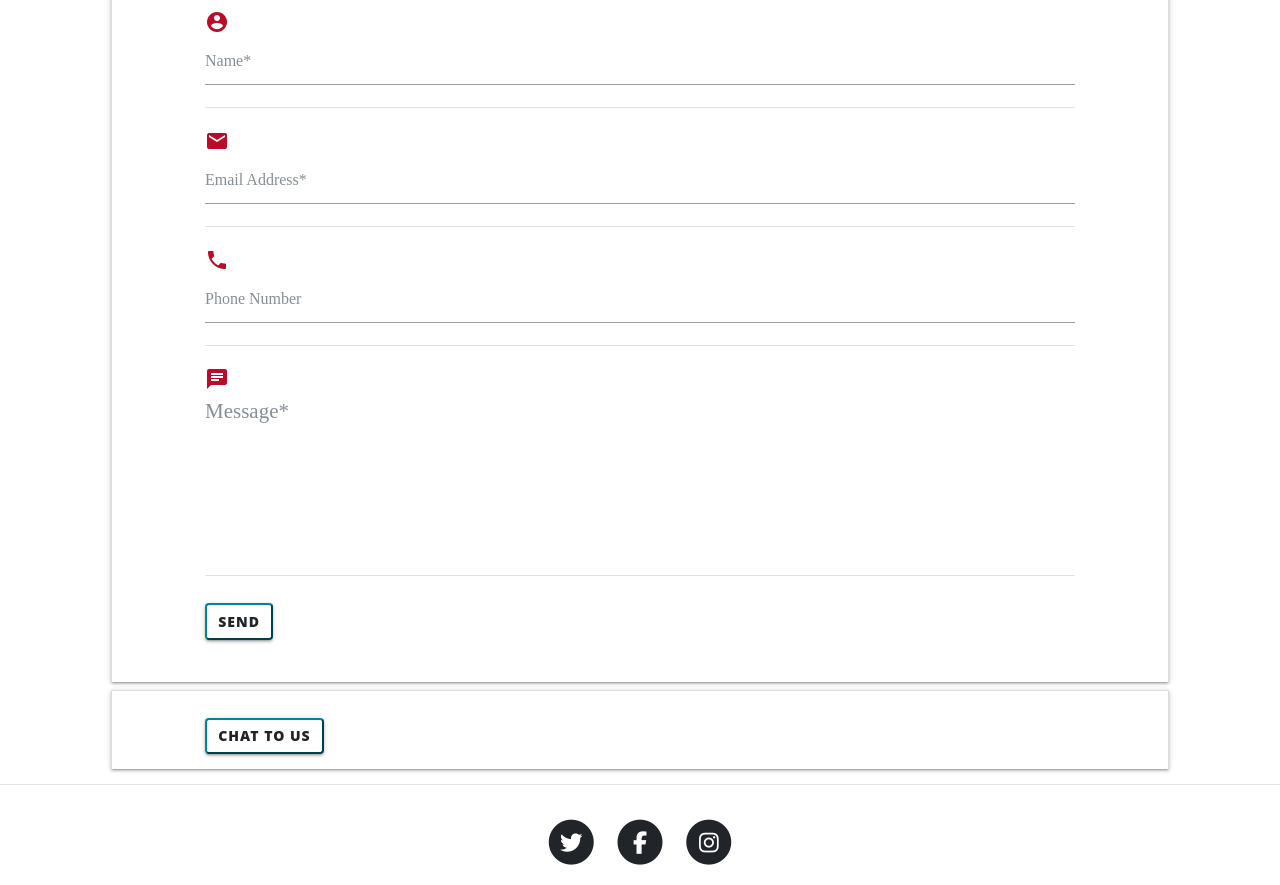
Repository: Code-Institute-Submissions/simas-recipes
Page: http://localhost/contact
The author's editor kept a record of every edit. The page is drawn from the files as they stood at one moment, then again after the next edit.
The browser window is 1280 px wide. The pictures show the part of the page from y = 810 to 1762 px (the page is 1695 px tall before and 1762 px after).
Some web fonts or font styles are not loaded; a fallback is used. Some web libraries are served in a nearby version. The page is served by the project's application, run on Flask 3 (run.py).

Above is the page before.

### templates/contact.html
{% extends 'base.html' %}
{% block content %}
    <h2 class="contact-thumb">{{ page_title }}</h2>

    <ul class="collapsible">
    <div class="row">
        <div class="col-lg-10 col-md-12 col-sm-12 mx-auto">
            <!--{% with messages = get_flashed_messages() %}
            {% if messages %}
            <ul class="flashes">
                {% for message in messages %}
                <li>{{ message }}</li>
                {% endfor %}
            </ul>
            {% endif %}
            {% endwith %}-->
            <p class="contact-form">Like to get in touch with us? Please, fill out the form below to send us a message and we will get back to you as soon as possible!</p>
            <p>* - Fields are required</p>

            <form method="POST" id="contactForm">
                <div class="control-group">
                    <div class="form-group floating-label-form-group controls">
                        <label>Name</label>
                        <i class="material-icons prefix contact-thumb">account_circle</i>
                        <input type="text" class="form-control" placeholder="Name*" name="name" id="name" required data-validation-required-message="Please enter your name.">
                        <p class="help-block text-danger"></p>
                    </div>
                </div>
                <div class="control-group">
                    <div class="form-group floating-label-form-group controls">
                        <label>Email Address</label>
                        <i class="material-icons prefix contact-thumb">email</i>
                        <input type="email" class="form-control" placeholder="Email Address*" name="email" id="email" required data-validation-required-message="Please enter your email address.">
                        <p class="help-block text-danger"></p>
                    </div>
                </div>
                <div class="control-group">
                    <div class="form-group col-xs-12 floating-label-form-group controls">
                        <label>Phone Number</label>
                        <i class="material-icons prefix contact-thumb">local_phone</i>
                        <input type="tel" class="form-control" placeholder="Phone Number" name="phone" id="phone" data-validation-required-message="Please enter your phone number.">
                        <p class="help-block text-danger"></p>
                    </div>
                </div>
                <div class="control-group">
                    <div class="form-group floating-label-form-group controls">
                        <label>Message</label>
                        <i class="material-icons prefix contact-thumb">chat</i>
                        <textarea rows="5" class="form-control" placeholder="Message*" name="message" id="message" required data-validation-required-message="Please enter a message."></textarea>
                        <p class="help-block text-danger"></p>
                    </div>
                </div>
                <br>
                <div id="success"></div>
                <div class="form-group">
                    <button type="submit" class="btn waves-effect waves-light" id="sendMessageButton">Send</button>
                </div>
            </form>
            <br>
        </div>
    </div>
    </ul>

    <ul class="collapsible">



        <div class="row">
        <div class="col-lg-10 col-md-12 col-sm-12 mx-auto">
            <br>
            <div class="form-group">
                <button type="submit" class="btn waves-effect waves-light" id="chatMessageButton">
                    <a href="{{ url_for('chat') }}">Chat to us</a>
                </button>
            </div>
        </div>
    </div>
    </ul>

{% endblock %}

### templates/base.html
<!DOCTYPE html>
<html lang="en">
<head>
    <meta charset="UTF-8">
    <meta name="viewport" content="width=device-width, initial-scale=1.0">
    <meta http-equiv="X-UA-Compatible" content="ie=edge">
    <link href="https://fonts.googleapis.com/css?family=Cedarville+Cursive|Cuprum:400,400i,700,700i|Josefin+Sans:400,600,700|Laila|Libre+Baskerville:400,400i,700|Overlock+SC|Roboto:400,500i,700,700i,900,900i|Tangerine&display=swap" rel="stylesheet">
    <link rel="stylesheet" href="{{ url_for('static', filename='css/bootstrap.css') }}" type="text/css" />
    <link rel="stylesheet" href="{{ url_for('static', filename='css/style.css') }}" type="text/css" />
    <link rel="stylesheet" href="{{ url_for('static', filename='css/fontawesome.css') }}" type="text/css" />
    <link href="https://fonts.googleapis.com/icon?family=Material+Icons" rel="stylesheet">
    <link rel="stylesheet" href="{{ url_for('static', filename='css/materialize.css') }}" type="text/css" />
    <title>Sima's Recipes</title>
</head>
<body>
    <!-- Navigation -->
    <nav class="navbar navbar-expand-lg navbar-light fixed-top" id="mainNav">
        <div class="container">
            <a class="navbar-brand" href="{{ url_for('index') }}">Sima's Recipes</a>
            <button class="navbar-toggler navbar-toggler-right" type="button" data-toggle="collapse" data-target="#navbarResponsive" aria-controls="navbarResponsive" aria-expanded="false" aria-label="Toggle navigation">
            Menu
                <i class="fas fa-bars"></i>
            </button>
            <div class="collapse navbar-collapse" id="navbarResponsive">
                <ul class="navbar-nav ml-auto">
                    <li class="nav-item">
                        <a class="nav-link" href="{{ url_for('index') }}">Home</a>
                    </li>
                    <li class="nav-item">
                        <a class="nav-link" href="{{ url_for('recipes') }}">Recipes</a>
                    </li>
                    <li class="nav-item">
                        <a class="nav-link" href="{{ url_for('contact') }}">Contact Us</a>
                    </li>
                    <li class="nav-item">
                        <a class="nav-link" href="{{ url_for('chat') }}">Chat</a>
                    </li>
                    <li class="nav-item">
                        <a class="nav-link" href="{{ url_for('admin') }}">Admin</a>
                    </li>
                    <li class="nav-item">
                        <a class="nav-link" href="{{ url_for('search_recipe') }}">Search</a>
                    </li>
                    <li class="nav-item">
                        <a class="nav-link" href="{{ url_for('loginuser') }}">Login</a>
                    </li>
                </ul>
            </div>
        </div>
    </nav>

    <!-- Page Header -->
    <header class="masthead" style="background-image: url('{{ url_for('static', filename= 'img/Basically-Gojuchang-Chicken-Recipe-Wide.jpg') }}')">
        <div class="overlay"></div>
        <div class="container">
            <div class="row">
                <div class="col-lg-8 col-md-10 mx-auto">
                    <div class="site-heading">
                        <h1>Sima's Recipes</h1>
                        <span class="subheading">Finger leaking yummy recipes</span>
                    </div>
                </div>
            </div>
        </div>
    </header>

    <!-- Main Content -->
    <div class="container">
        {% block content %}
        {% endblock %}
    </div>
    <hr>

    <!-- Footer -->
    <footer>
        <div class="container">
            <div class="row">
                <div class="col-lg-8 col-md-10 mx-auto">
                    <ul class="list-inline text-center">
                        <li class="list-inline-item">
                            <a href="#">
                                <span class="fa-stack fa-lg">
                                    <i class="fas fa-circle fa-stack-2x"></i>
                                    <i class="fab fa-twitter fa-stack-1x fa-inverse"></i>
                                </span>
                            </a>
                        </li>
                        <li class="list-inline-item">
                            <a href="#">
                                <span class="fa-stack fa-lg">
                                    <i class="fas fa-circle fa-stack-2x"></i>
                                    <i class="fab fa-facebook-f fa-stack-1x fa-inverse"></i>
                                </span>
                            </a>
                        </li>
                        <li class="list-inline-item">
                            <a href="#">
                                <span class="fa-stack fa-lg">
                                    <i class="fas fa-circle fa-stack-2x"></i>
                                    <i class="fab fa-instagram fa-stack-1x fa-inverse"></i>
                                </span>
                            </a>
                        </li>
                    </ul>
                </div>
            </div>
        </div>
    </footer>

    <!-- Bootstrap core JavaScript -->
    <script src="{{ url_for('static', filename='js/jquery.js') }}"></script>
    <script src="{{ url_for('static', filename='js/bootstrap.bundle.js') }}"></script>

    <!-- Custom scripts for this template -->
    <script src="{{ url_for('static', filename='js/clean-blog.js') }}"></script>
    <script src="https://kit.fontawesome.com/011e87d520.js" crossorigin="anonymous"></script>
    <script src="{{ url_for('static', filename='js/materialize.js') }}"></script>
    <script type="text/javascript">
        $(document).ready(function() {
            $('.collapsible').collapsible();
            $('select').formSelect();
            $('.datepicker').datepicker();
            $('.timepicker').timepicker();
        });
    </script>
</body>
</html>

### run.py
import os
import json
import pymysql
import pymongo
from datetime import datetime
from flask import Flask, render_template, request, flash, redirect, request, session, url_for, abort
from flask_pymongo import PyMongo
from pymongo import MongoClient
from bson.objectid import ObjectId
import json
from bson import json_util
from bson.json_util import dumps
import re

app = Flask(__name__)
app.secret_key = os.getenv("SECRET", "recipechat")

app.config["MONGO_DBNAME"] = "SimaRecipes"
app.config["MONGO_URI"] = os.getenv("MONGO_URI", "mongodb://localhost")

recipe = PyMongo(app)

def mongo_connect(url):
    try:
        conn = pymongo.MongoClient(url)
        #print("Mongo is Connected!")
        return conn
    except pymongo.errors.ConnectionFailure as e:
        print("Could not connect to MongoDB: %s") % e

messages = []

def add_messages(username, message):
    """Add messages to the messages list"""
    now = datetime.now().strftime("%H:%M:%S")
    #messages_dict = {"timestamp": now, "from": username, "message": message}
    messages.append({"timestamp": now, "from": username, "message": message})


@app.route("/")
def index():
    return render_template("index.html",
    recipe_chicken = recipe.db.recipes.find(),
    recipe_veg = recipe.db.recipes.find(),
    recipe_lamb = recipe.db.recipes.find(),
    recipe_seafood = recipe.db.recipes.find(),
    recipe_beef = recipe.db.recipes.find(),
    recipe_healthy = recipe.db.recipes.find(),
    recipe_25 = recipe.db.recipes.find(),
    recipe_35 = recipe.db.recipes.find())


@app.route("/SimaRecipes/recipes")
def simasrecipe_project():
    projects = recipe.find(projection = recipe.FIELDS)
    json_projects = []
    for project in projects:
        json_projects.append(project)
    json_projects = json.dumps(json_projects, default=json_util.default)

    return render_template("index.html", json_projects=json_projects)



@app.route("/recipes")
def recipes():
    return render_template("recipes.html", page_title="Recipes", recipes = recipe.db.recipes.find())

query = {'recipe_name':{'$regex': 'veg', '$options':'i'}}
recipe.db.recipes.ensure_index([
      ('recipe_name', 'text'),
      ('recipe_type', 'text'),
  ],
  name="search_index",
  weights={
      'recipe_name':100,
      'recipe_type':25
  }
)

#recipe.db.recipes.aggregate([
#    {
#        $searchBeta: {
#            "search": {
#                "query": "several",
#                "path": ["recipe_name", "recipe_type"]
#            }
#        }
#    }
#])

# Requires the PyMongo package.
# https://api.mongodb.com/python/current

#client = MongoClient('recipes')
#result = client['SimaRecipes']['recipes'].aggregate([
#    {
#        '$project': {
#           'recipe_name': 1,
#            '_id': 0,
#            'recipe_type': 1
#        }
#    }
#])

'''@app.route('/search')
def search():
    query = request.form['q']
    text_results = db.command('text', 'posts', search=query, limit=SEARCH_LIMIT)
    doc_matches = (res['obj'] for res in text_results['results'])
    return render_template("search.html", results=results)'''


@app.route("/search_recipe", methods = ["GET", "POST"])
def search_recipe():

    if request.method == "POST":
        search_name = request.form["search_name"]
        return redirect(url_for('find_recipe', search_name= search_name))

    return render_template("searchrecipe.html", page_title="Recipes",
    recipes_veg = recipe.db.recipes.find(),
    recipes_chick = recipe.db.recipes.find(),
    recipes_lamb = recipe.db.recipes.find(),
    recipes_seafood = recipe.db.recipes.find(),
    recipes_beef = recipe.db.recipes.find(),
    recipes_healthy = recipe.db.recipes.find())

@app.route("/search_recipe/<search_name>", methods = ["POST", "GET"])
def find_recipe(search_name):
    if request.method == 'POST':
        query = request.form['search_name']
        #text_results = recipe.db.recipes.command('text', 'posts', search=query)
        #doc_matches = (res['obj'] for res in text_results['results'])
        #return render_template("searchrecipe.html", recipes=text_results)
        return redirect(url_for("find_recipe", all_recipe = recipe.db.recipes.find(query)))
        #return render_template("searchrecipe.html",
        #page_title="Recipes",
        #recipes = all_recipe)

@app.route("/contact", methods=['POST', 'GET'])
def contact():
    if request.method == 'POST':
        flash("Thanks {}, we have received your message!".format(
            request.form["name"]
        ))
        #print(request.form["name"])
    return render_template("contact.html", page_title="Contact")

@app.route("/chat", methods = ["GET", "POST"])
def chat():
    if request.method == "POST":
        session["username"] = request.form["chatname"]

    if "username" in session:
        #return redirect (session["username"])
        return redirect (url_for("user", username = session["username"]))

    return render_template("chat.html")

@app.route("/chat/<username>", methods=["GET", "POST"])
def user(username):
    """Display chat Messages"""

    if request.method == "POST":
        username = session["username"]
        message = request.form["chatmessage"]
        add_messages(username, message)
        #return redirect(session["username"])
        return redirect (url_for("user", username = session["username"]))

    return render_template("chat.html", username = username, chat_messages = messages)

@app.route('/loginuser')
def loginuser():
    '''return render_template("login.html")'''
    if not session.get('logged_in'):
        return render_template('login.html')
    else:
        return redirect(url_for('admin'))

@app.route('/login', methods=['POST'])
def login():
    if request.form['password'] == 'password' and request.form['username'] == 'admin':
        session['logged_in'] = True
        return redirect(url_for('admin'))
    else:
        flash("Username or Password Mismatch!")
        return redirect(url_for('loginuser'))

@app.route("/logout")
def logout():
    session['logged_in'] = False
    return redirect(url_for('loginuser'))

@app.route("/admin")
def admin():
    return render_template("admin.html", page_title ="Admin",
    categories = recipe.db.categories.find(),
    recipes = recipe.db.recipes.find(),
    category = recipe.db.categories.find(),
    images = recipe.db.images.find().sort('recipe_image'))

@app.route("/insert_recipe", methods=["POST"])
def insert_recipe():
    addrecipes = recipe.db.recipes
    addrecipes.insert_one(request.form.to_dict())
    return redirect(url_for("recipes"))

@app.route("/insert_category", methods=["POST"])
def insert_category():
    addcategory = recipe.db.categories
    addcategory.insert_one(request.form.to_dict())
    return redirect(url_for("admin"))

@app.route("/edit_recipe/<task_id>")
def edit_recipe(task_id):
    the_recipe = recipe.db.recipes.find_one({"_id": ObjectId(task_id)})
    all_categories = recipe.db.categories.find()
    all_images = recipe.db.images.find()
    return render_template("editrecipe.html", page_title="Edit Recipe", recipe = the_recipe, categories = all_categories, images = all_images)

@app.route("/edit_category/<cat_id>")
def edit_category(cat_id):
    '''the_recipe = recipe.db.categories.find_one({"_id": ObjectId(cat_id)})
    all_categories = recipe.db.categories.find()'''
    return render_template("editcategory.html", page_title="Edit Category", category = recipe.db.categories.find_one({'_id': ObjectId(cat_id)}))

@app.route("/update_recipe/<task_id>", methods=["POST"])
def update_recipe(task_id):
    updaterecipe = recipe.db.recipes
    updaterecipe.update({'_id': ObjectId(task_id)},
    {
        'recipe_name': request.form.get('recipe_name'),
        'recipe_type': request.form.get('recipe_type'),
        'recipe_image': request.form.get('recipe_image'),
        'ingredient_1': request.form.get('ingredient_1'),
        'ingredient_2': request.form.get('ingredient_2'),
        'ingredient_3': request.form.get('ingredient_3'),
        'ingredient_4': request.form.get('ingredient_4'),
        'ingredient_5': request.form.get('ingredient_5'),
        'ingredient_6': request.form.get('ingredient_6'),
        'ingredient_7': request.form.get('ingredient_7'),
        'ingredient_8': request.form.get('ingredient_8'),
        'ingredient_9': request.form.get('ingredient_9'),
        'method_1': request.form.get('method_1'),
        'method_2': request.form.get('method_2'),
        'method_3': request.form.get('method_3'),
        'method_4': request.form.get('method_4'),
        'method_5': request.form.get('method_5'),
        'method_6': request.form.get('method_6'),
        'method_7': request.form.get('method_7'),
        'method_8': request.form.get('method_8'),
        'method_9': request.form.get('method_9'),
        'create_on': request.form.get('create_on'),
        'prep_time': request.form.get('prep_time'),
        'cook_time': request.form.get('cook_time')
    })
    return redirect(url_for("recipes"))


@app.route("/update_category/<cat_id>", methods=["POST"])
def update_category(cat_id):
    updatecategory = recipe.db.categories
    updatecategory.update({'_id': ObjectId(cat_id)},
    {
        'category_name' : request.form.get('category_name')
    })
    return redirect(url_for('admin'))

@app.route('/delete_recipe/<task_id>')
def delete_recipe(task_id):
    recipe.db.recipes.remove({'_id': ObjectId(task_id)})
    return redirect(url_for('recipes'))

@app.route('/delete_category/<cat_id>')
def delete_category(cat_id):
    recipe.db.categories.remove({'_id': ObjectId(cat_id)})
    return redirect(url_for('admin'))

@app.route("/recipes/<recipe_name>")
def about_recipe(recipe_name):
    recipe={}
    with open("data/recipes.json", "r") as json_data:
        data = json.load(json_data)
        for obj in data:
            if obj["url"] == recipe_name:
                recipe = obj
    return render_template("description.html", recipe=recipe)

if __name__ == "__main__":
    app.run(host=os.environ.get("IP", "0.0.0.0"),
            port=int(os.environ.get("PORT", "5000")),
            debug=True)

Loaded but not shown: static/css/bootstrap.css (library); static/css/fontawesome.css (library); static/css/materialize.css (library); static/js/jquery.js (library); static/js/bootstrap.bundle.js (library); static/js/materialize.js (library); static/js/clean-blog.js (41 lines, source omitted); static/css/style.css (666 lines, source omitted)

After the next edit:
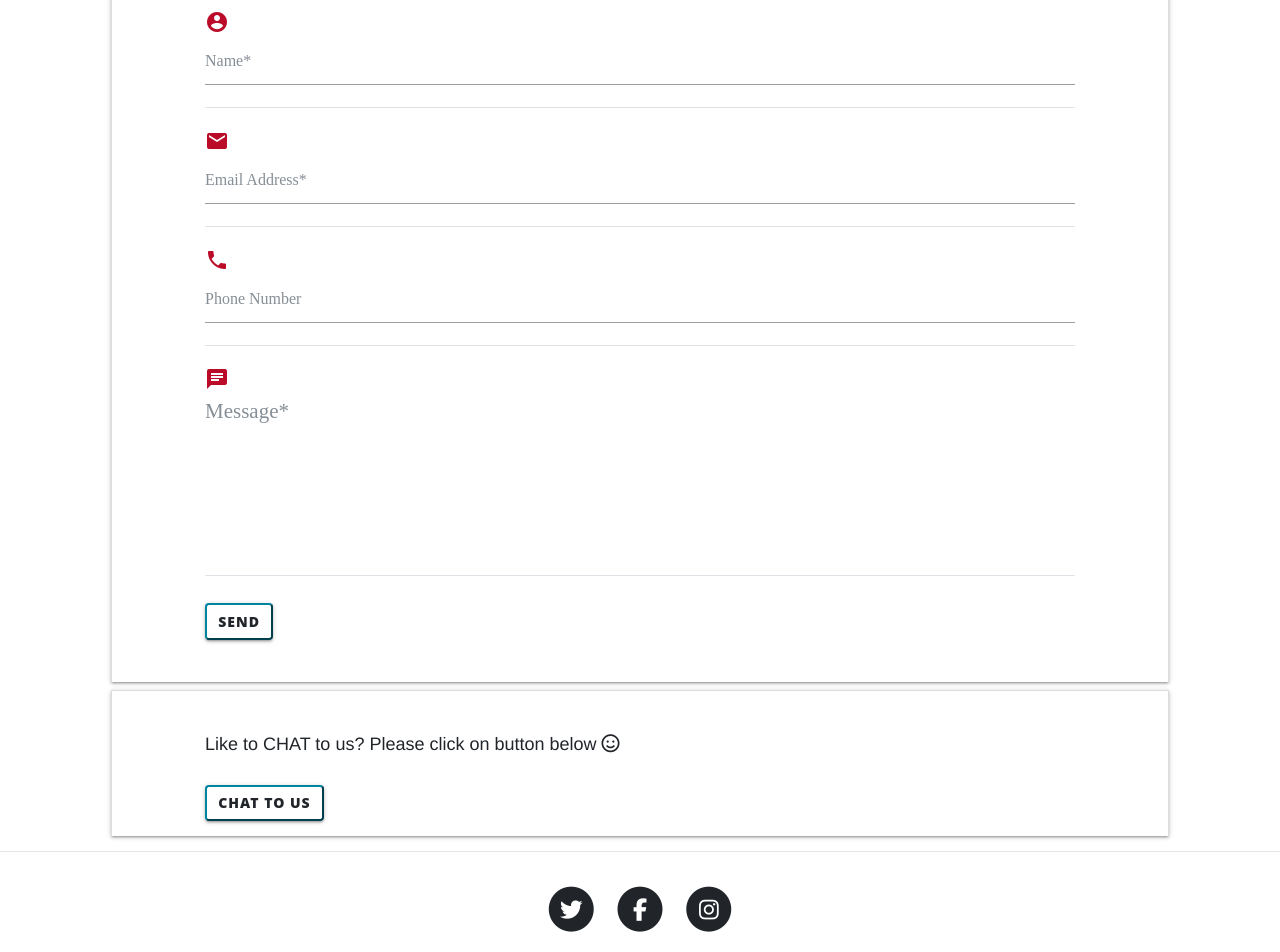
The edit:
--- a/templates/contact.html
+++ b/templates/contact.html
@@ -67,6 +67,7 @@
 
         <div class="row">
         <div class="col-lg-10 col-md-12 col-sm-12 mx-auto">
+            <p class="contact-form">Like to CHAT to us? Please click on button below <i class="far fa-smile"></i></p>
             <br>
             <div class="form-group">
                 <button type="submit" class="btn waves-effect waves-light" id="chatMessageButton">
